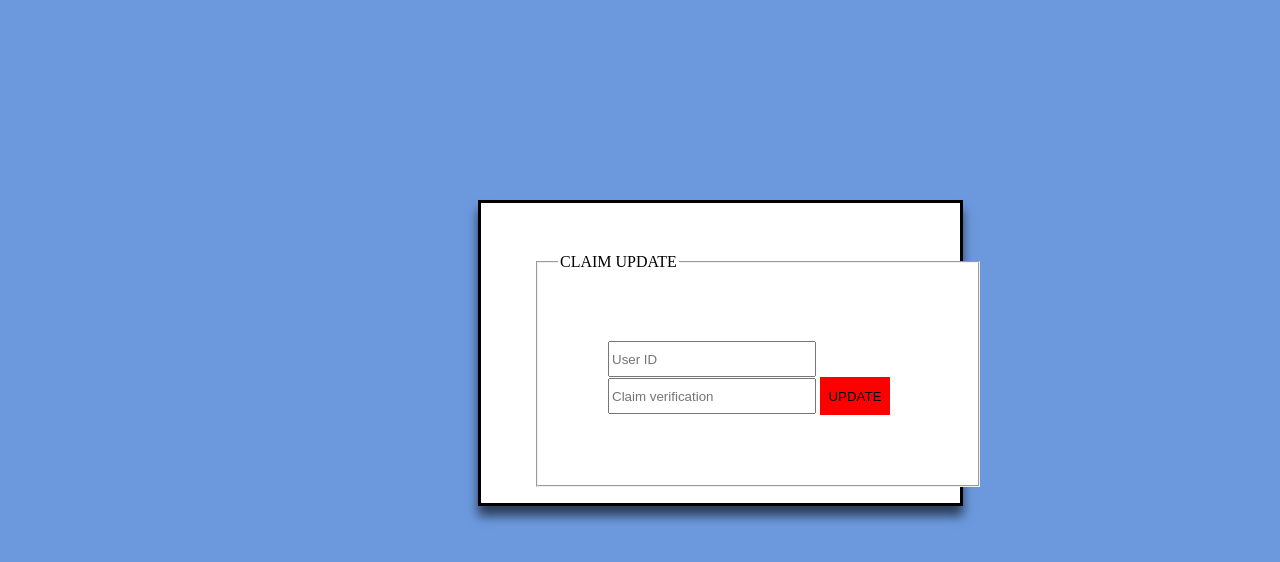
Repository: Nihara-R/Vehicle-Insurance-Portal
Page: http://localhost/vehicleupdate.php
The author's editor kept a copy of each file at every save. The page is drawn from the files as they stood at one save, then again after the next save.
The browser window is 1280 px wide. The pictures show the whole page.
The page is run by PHP 8.4 with error messages shown; the project is at /var/www/html/.

Above is the page before, as saved 2023-06-29 09:15:29.

After the next save:
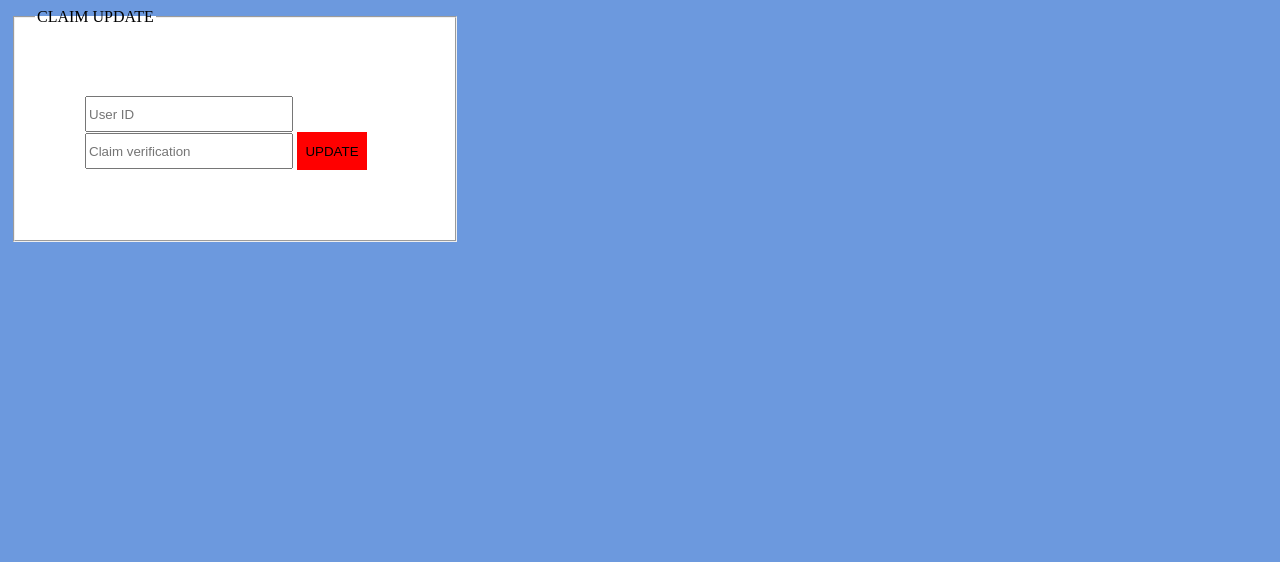
Saved 33 min 25 s later.
--- a/vehicleupdate.php
+++ b/vehicleupdate.php
@@ -6,7 +6,7 @@
     <link rel="stylesheet" href="css/deletuser.css">
   </head>
   <body>
-  <div class="formbox">
+  <div class="formbox1">
     <fieldset>
 <legend>CLAIM UPDATE</legend>
 
